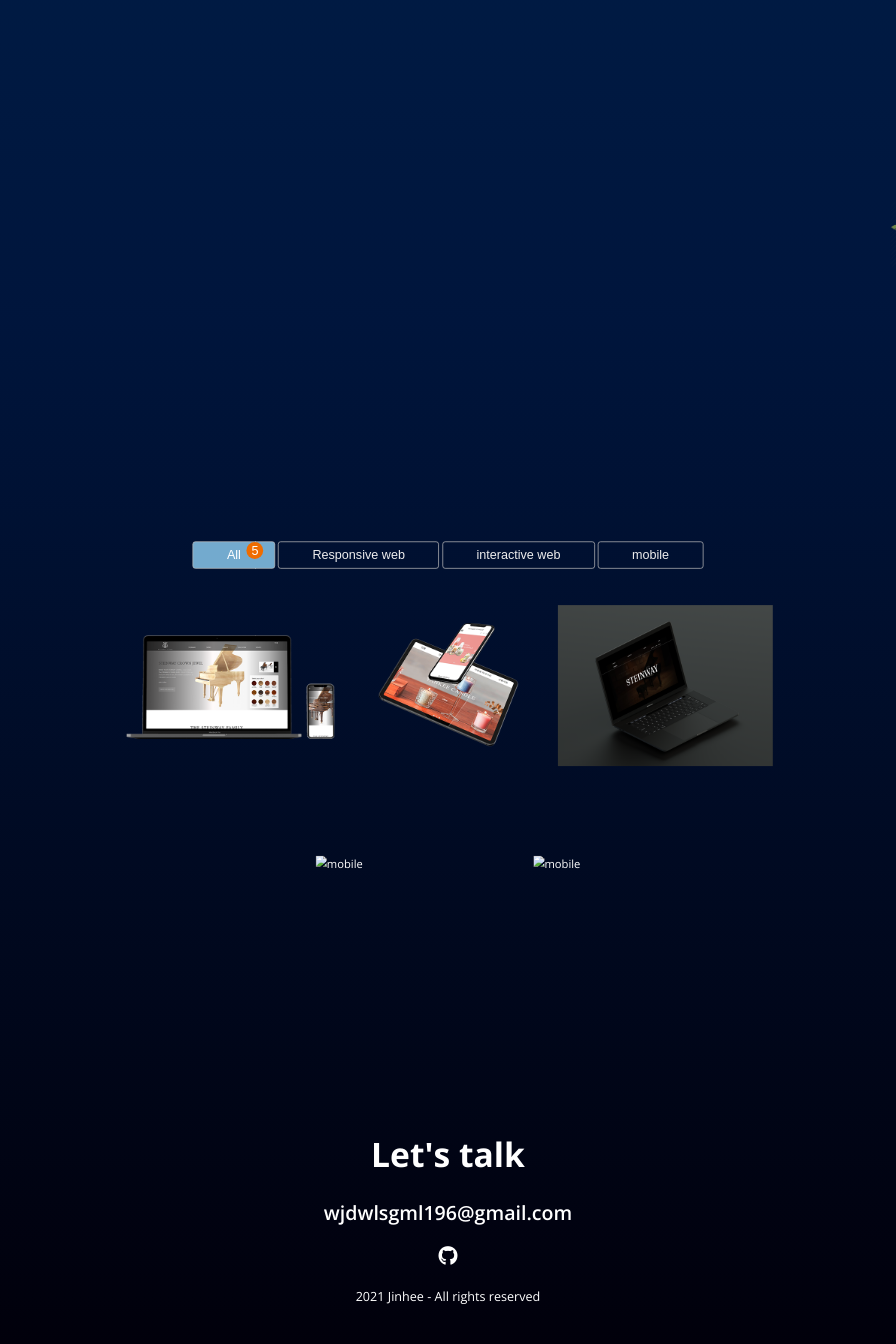
Repository: jinhee196/portfolio
Page: index.html
These files come from the project's save history. The page is drawn as it stood at one moment and after the next save; the edit follows.
The browser window is 1280 px wide. The pictures show the part of the page from y = 2639 to 4559 px (the page is 4559 px tall), at 70% of full size.
Some web libraries are served in a nearby version.

Above is the page before, as saved 2021-06-06 18:37:13.

After the next save:
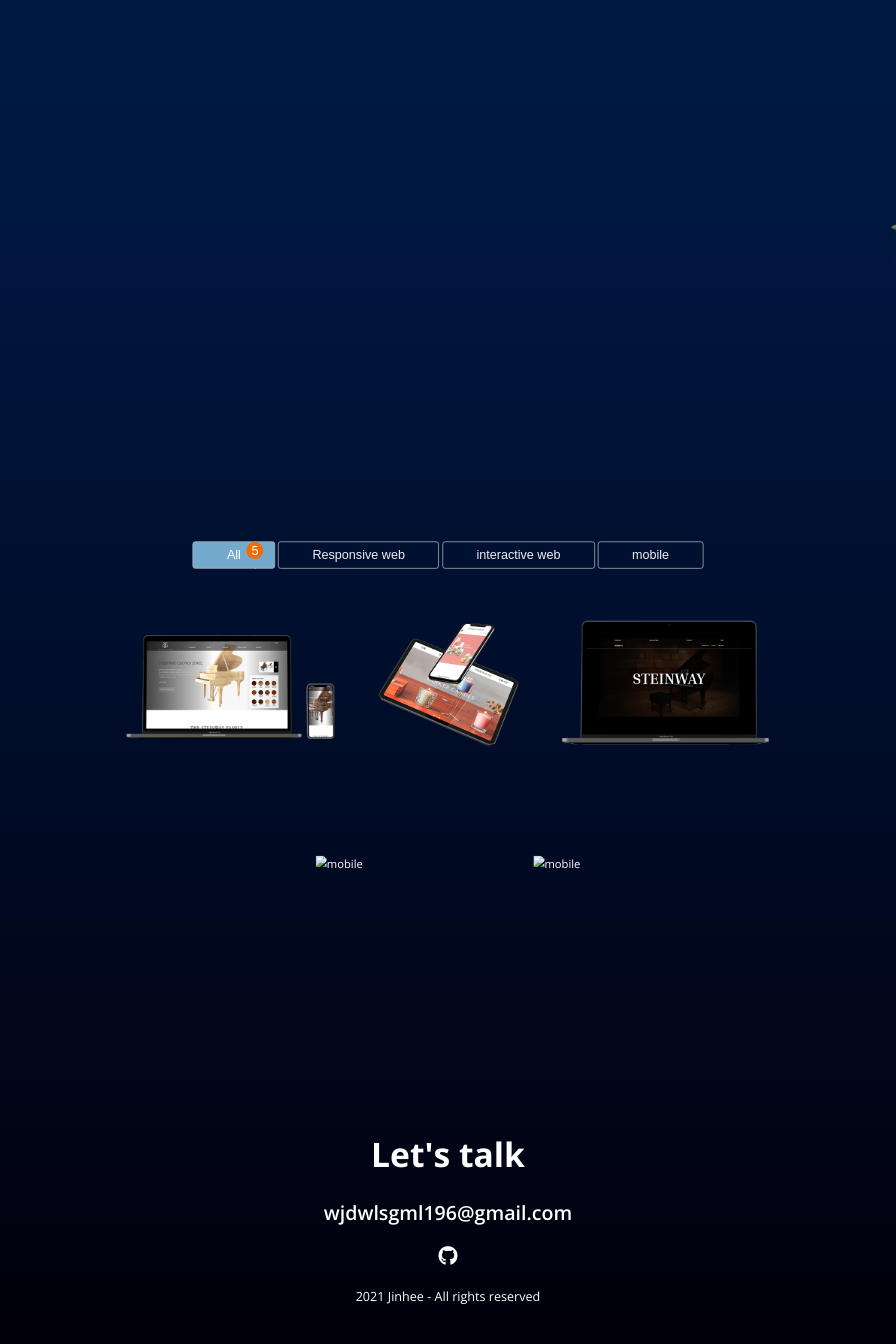
Saved 73 s later.
--- a/index.html
+++ b/index.html
@@ -249,7 +249,7 @@
                 </div>
             </a>
             <a href="#" class="project" target="_blank" data-type="interaction">
-                <img src="img/Mockup1.png" alt="interactiv" class="project__img">
+                <img src="img/Mockup_03.png" alt="interactiv" class="project__img">
                 <div class="project__description">
                     <h3>SteinWay Site Subpage</h3>
                     <span>Sub Page with HTML, CSS and JavaScript</span>
